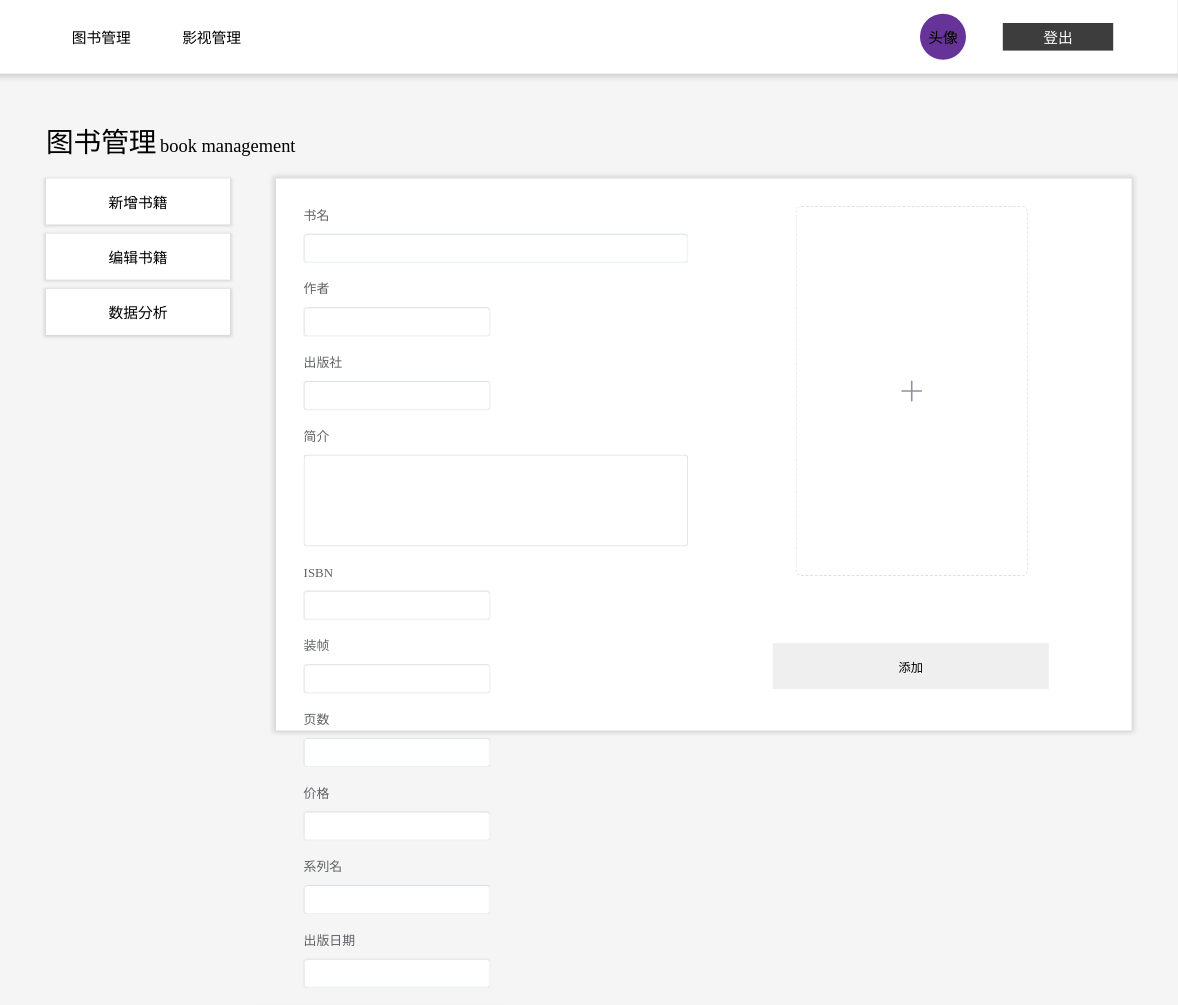
Repository: quanwangniuniu/Oasis-Reading-Platform
Page: /#/admin/books (app in Vue-frontend/)
An editor plug-in stored every save of this project. The page is shown before and after the next save, followed by the edit.
The browser window is 1280 px wide. The pictures show the whole page, at 92% of full size.
Some web fonts or font styles are not loaded; a fallback is used. The project was rebuilt for these pictures with package versions that can differ from the ones it lists, and the page was loaded fresh each time. Also part of the build but not shown: Vue-frontend/vite.config.js, Vue-frontend/src/components/user/books/BookCard.vue, Vue-frontend/src/components/axios/config.js, Vue-frontend/src/components/axios/api.js, Vue-frontend/src/components/user/books/Books.vue, Vue-frontend/src/components/user/movies/Favourites.vue, Vue-frontend/src/components/user/explore/Explore.vue, Vue-frontend/src/components/user/login/Login.vue and 9 more.

Above is the page before, as saved 2023-04-13 23:25:19.

### Vue-frontend/index.html
<!DOCTYPE html>
<html lang="en">
  <head>
    <meta charset="UTF-8">
    <meta name="viewport" content="width=device-width, initial-scale=1.0">
    <title>Vite App</title>
    <style>
      *{
        padding: 0px;
        margin: 0px;
      }

      body{
        background-color: rgb(245, 245, 245);
      }
    </style>
  </head>
  <body>
    <div id="app"></div>
    <script type="module" src="/src/main.js"></script>
  </body>
</html>

### Vue-frontend/src/main.js
import { createApp } from 'vue'
import ElementPlus from 'element-plus'
import 'element-plus/dist/index.css'
import App from './App.vue'
import router from './components/router/router'
import * as ElementPlusIconsVue from '@element-plus/icons-vue'
import './assets/font/font.css'
import './assets/css/element.css'

const app = createApp(App)
app.use(router)
app.use(ElementPlus)
app.mount('#app')
for (const [key, component] of Object.entries(ElementPlusIconsVue)) {
    app.component(key, component)
  }

### Vue-frontend/src/App.vue
<script setup>
import Test from './components/Test.vue';
</script>

<template>
  <div>
    <router-view></router-view>
  </div>
</template>

<style scoped>
</style>

### Vue-frontend/src/components/router/router.js
import {createRouter, createWebHashHistory} from 'vue-router'
import Books from '../user/books/Books.vue'
import Movies from '../user/movies/Favourites.vue'
import Explore from '../user/explore/Explore.vue'
import Login from '../user/login/Login.vue'
import SpecificBook from '../user/books/SpecificBook.vue'
import User from '../User.vue'
import Admin from '../Admin.vue'
import UserInfo from '../user/info/UserInfo.vue'
import BookSearch from '../user/books/BookSearch.vue'
import Transit from '../user/books/Transit.vue'
import BookManagement from '../admin/bookManagement/BookManagement.vue'
import MovieManagement from '../admin/movieManagement/MovieManagement.vue'

import {checkUser} from './utils.js'

const router = createRouter({
    history: createWebHashHistory(),
    routes:[
        {path:'/user', component: User, alias:['/'], children:[
            {path:'books', component: Books},
            {path:'search',name:'search', component: BookSearch},
            {path:'transit',name:'transit', component: Transit},
            {path:'books/:id', component: SpecificBook,beforeEnter: checkUser},
            {path:'movies', component: Movies},
            {path:'explore', component: Explore},
            {path:'login', component: Login},
            {path:'info', component: UserInfo, beforeEnter: checkUser},
        ]},
        {path:'/admin', component: Admin,children:[
            {path:'books', component: BookManagement},
            {path:'movies', component: MovieManagement}
        ]}
    ]
})

export default router

### Vue-frontend/src/assets/font/font.css

  @font-face {
    font-family: siyuansongti;
    src: url(./Source_Han_Serif_SC_Light_Light.otf);
    font-weight: normal;
    font-style: normal;
  }

### Vue-frontend/src/assets/css/element.css
.el-textarea__inner{
    resize: none;
    height: 100px;
}


.el-upload{
    height:400px;
    width:250px;
  }

### Vue-frontend/src/components/Test.vue
<template>
  <el-upload
    class="avatar-uploader"
    action="http://127.0.0.1:5000/uploadCover"
    :show-file-list="false"
    :on-success="handleAvatarSuccess"
    :before-upload="beforeAvatarUpload"
  >
    <img v-if="imageUrl" :src="imageUrl" class="avatar" />
    <el-icon v-else class="avatar-uploader-icon"><Plus /></el-icon>
  </el-upload>

  <img src="http://127.0.0.1:5000/images/1681397591940.jpg">
</template>

<script lang="ts" setup>
import { ref } from 'vue'
import { ElMessage } from 'element-plus'
import { Plus } from '@element-plus/icons-vue'

import type { UploadProps } from 'element-plus'

const imageUrl = ref('')

const handleAvatarSuccess: UploadProps['onSuccess'] = (
  response,
  uploadFile
) => {
  console.log(response)
  imageUrl.value = URL.createObjectURL(uploadFile.raw!)
}

const beforeAvatarUpload: UploadProps['beforeUpload'] = (rawFile) => {
  if (rawFile.type !== 'image/jpeg') {
    ElMessage.error('Avatar picture must be JPG format!')
    return false
  } else if (rawFile.size / 1024 / 1024 > 2) {
    ElMessage.error('Avatar picture size can not exceed 2MB!')
    return false
  }
  return true
}

</script>

<style scoped>
.avatar-uploader .avatar {
  width: 178px;
  height: 178px;
  display: block;
}
</style>

<style>
.avatar-uploader .el-upload {
  border: 1px dashed var(--el-border-color);
  border-radius: 6px;
  cursor: pointer;
  position: relative;
  overflow: hidden;
  transition: var(--el-transition-duration-fast);
}

.avatar-uploader .el-upload:hover {
  border-color: var(--el-color-primary);
}

.el-icon.avatar-uploader-icon {
  font-size: 28px;
  color: #8c939d;
  width: 178px;
  height: 178px;
  text-align: center;
}

img{
  height: 200px;
  width:200px;
}
</style>

### Vue-frontend/src/components/Admin.vue
<script setup>
import BookManagementVue from './admin/bookManagement/BookManagement.vue';
import AdminHeader from './admin/header/AdminHeader.vue';
</script>

<template>
    <AdminHeader></AdminHeader>
    <router-view></router-view>
</template>

<style scoped>
</style>

### Vue-frontend/src/components/admin/bookManagement/BookManagement.vue
<script setup lang="ts">
import LeftBar from './LeftBar.vue';
import {ref, reactive} from 'vue'
import { ElMessage } from 'element-plus'
import { Plus } from '@element-plus/icons-vue'
import type { UploadProps } from 'element-plus'

const bookItem = reactive({
  title: '',
  author: '',
  publisher: '',
  ISBN: '',
  description: '',
  publish_year: '',
  page:'',
  binding: '',
  price:'',
  seriers:' ',
  url:''
})

const imageUrl = ref('')

const handleAvatarSuccess: UploadProps['onSuccess'] = (
  response,
  uploadFile
) => {
  bookItem.url = response.url
  console.log(bookItem)
  imageUrl.value = URL.createObjectURL(uploadFile.raw!)
}

const beforeAvatarUpload: UploadProps['beforeUpload'] = (rawFile) => {
  if (rawFile.type !== 'image/jpeg') {
    ElMessage.error('Avatar picture must be JPG format!')
    return false
  } else if (rawFile.size / 1024 / 1024 > 2) {
    ElMessage.error('Avatar picture size can not exceed 2MB!')
    return false
  }
  return true
}

</script>

<template>
  <div class="top-container">
    <div class="title">
      <span>图书管理</span>&nbsp;<span>book management</span>
    </div>
  </div>
  <div class="container">
      <LeftBar></LeftBar>
      <div class="panel">
        <div class="book-form">
          <el-form
            label-position="top"
            label-width="100px"
            :model="bookItem"
            style="max-width: 460px"
            :inline="true"
          >
            <el-form-item label="书名" style="width:420px">
              <el-input v-model="bookItem.title" />
            </el-form-item>
            <el-form-item label="作者">
              <el-input v-model="bookItem.author" />
            </el-form-item>
            <el-form-item label="出版社">
              <el-input v-model="bookItem.publisher" />
            </el-form-item>
            <el-form-item label="简介" style="width:420px">
                <el-input v-model="bookItem.description" type="textarea"/>
            </el-form-item>
            <el-form-item label="ISBN">
              <el-input v-model="bookItem.ISBN" />
            </el-form-item>
            <el-form-item label="装帧">
              <el-input v-model="bookItem.binding" />
            </el-form-item>
            <el-form-item label="页数">
              <el-input v-model="bookItem.page" />
            </el-form-item>
            <el-form-item label="价格">
              <el-input v-model="bookItem.price" />
            </el-form-item>
            <el-form-item label="系列名">
              <el-input v-model="bookItem.price" />
            </el-form-item>
            <el-form-item label="出版日期">
              <el-input v-model="bookItem.price" />
            </el-form-item>
          </el-form>
        </div>

        <div class="img-upload-and-submit">
          <div class="img-container">
            <div class="img-upload">
              <el-upload
                class="avatar-uploader"
                action="http://127.0.0.1:5000/uploadCover"
                :show-file-list="false"
                :on-success="handleAvatarSuccess"
                :before-upload="beforeAvatarUpload"
              >
                <img v-if="imageUrl" :src="imageUrl" class="avatar" />
                <el-icon v-else class="avatar-uploader-icon"><Plus /></el-icon>
              </el-upload>
            </div>
          </div>
          <div class="submit">
            <button>添加</button>
          </div>
        </div>
      </div>
  </div>

</template>

<style scoped>
.top-container{
  margin: 50px 50px 0px 50px;
  display: flex;
  justify-content: space-between;
}

.title{
  width: 400px;
  font-family: siyuansongti;
}
.container{
  display: flex;
  margin: 20px 50px 0px 50px
}

.title span:nth-child(1){
  font-size: 30px;
}
.title span:nth-child(2){
  font-size: 20px;
}

.panel{
  box-sizing: border-box;
  flex: 1;
  height: 600px;
  background-color: white;
  box-shadow: 0 0 5px 3px rgb(214, 214, 214);
  padding: 30px;
  display: flex;
}

.book-form{
  width: 450px;
}

.img-upload-and-submit{
  flex: 1;
  /* background-color: rgb(249, 203, 203); */
}

.img-container{
  width: 100%;
  height: 450px;
  /* background-color: rgb(120, 120, 241, 0.1); */
}

.img-upload{
  width: 250px;
  height: 400px;
  /* background-color: red; */
  margin: 0 auto;
}
.avatar{
  width: 250px;
  height: 400px;
}
.submit{
  height: 100px;
  width: 100%;
  display: flex;
  align-items: center;
  justify-content: center;
  /* background-color: green; */
}

.submit button{
  width: 300px;
  height: 50px;
  border: none;
}
</style>

### Vue-frontend/src/components/router/utils.js
export const checkUser = (from, to, next) => {
    if(localStorage.getItem('token') === null){
        next('/login')
    }else{
        next()
    }
}

### Vue-frontend/src/components/admin/header/AdminHeader.vue
<script setup>

let logout = () =>{
    localStorage.clear('token')
    localStorage.clear('type')
}

</script>

<template>
    <div>
        <div class="container">
            <div class="left">
                <div class="nav"><router-link to="/admin/books">图书管理</router-link></div>
                <div class="nav"><router-link to="/admin/movies">影视管理</router-link></div>
            </div>

            <div class="right">
                <div class="nav avata"><router-link to="/info">头像</router-link></div>
                <div class="nav login"><router-link to="/explore" @click="logout">登出</router-link></div>
            </div>

        </div>
    </div>

</template>

<style scoped>
.container{
    height: 80px;
    background-color: white;
    /* 边框模糊效果 */
    box-shadow: 0 0 5px 5px rgb(214, 214, 214);
    /* 开启flex布局 */
    display: flex;
    /* 设置元素靠右排列 */
    justify-content: space-between;
    /* 设置元素垂直居中 */
    align-items: center;
}

.left{
    display: flex;
    /* 设置元素垂直居中 */
    align-items: center;
    padding-left: 50px;
}

.right{
    display: flex;
    /* 设置元素垂直居中 */
    align-items: center;
    padding-right: 50px;
}

.nav{
    width: 80px;
    height: 30px;
    margin-left: 20px;
    margin-right: 20px;
    /* 设置nav内部a标签水平居中 */
    text-align: center;
    /* 开启flex局部 */
    display: flex;
    /* 设置nav内部a标签垂直居中 */
    align-items: center;
}

.nav a{
    width: 80px;
    /* 清除a标签默认样式 */
    text-decoration: none;
    color: black;

}

.login{
    width: 120px;
    background-color: rgb(61, 61, 61);
}

.login a{
    width: 1200px;
    color: white;
}

.avata{
    width: 50px;
    height: 50px;
    border-radius: 50%;
    background-color: rebeccapurple;
}


</style>

### Vue-frontend/src/components/admin/bookManagement/LeftBar.vue
<script setup>

</script>

<template>
    <div class="leftbar-container">
        <div class="card">
            新增书籍
        </div>
        <div class="card">
            编辑书籍
        </div>
        <div class="card">
            数据分析
        </div>
    </div>

</template>

<style scoped>
.leftbar-container{
    width: 250px;
    height: 600px;
}

.card{
    width: 200px;
    height: 50px;
    background: white;
    /* 设置卡片阴影 */
    box-shadow: 0px 1px 3px 2px rgb(214, 214, 214);
    /* 开启flex布局 文字水平垂直居中 */
    display: flex;
    justify-content: center;
    align-items:center;
    margin-bottom: 10px;
}

.card:hover{
    transform:scale(1.1);
}
</style>

After the next save:
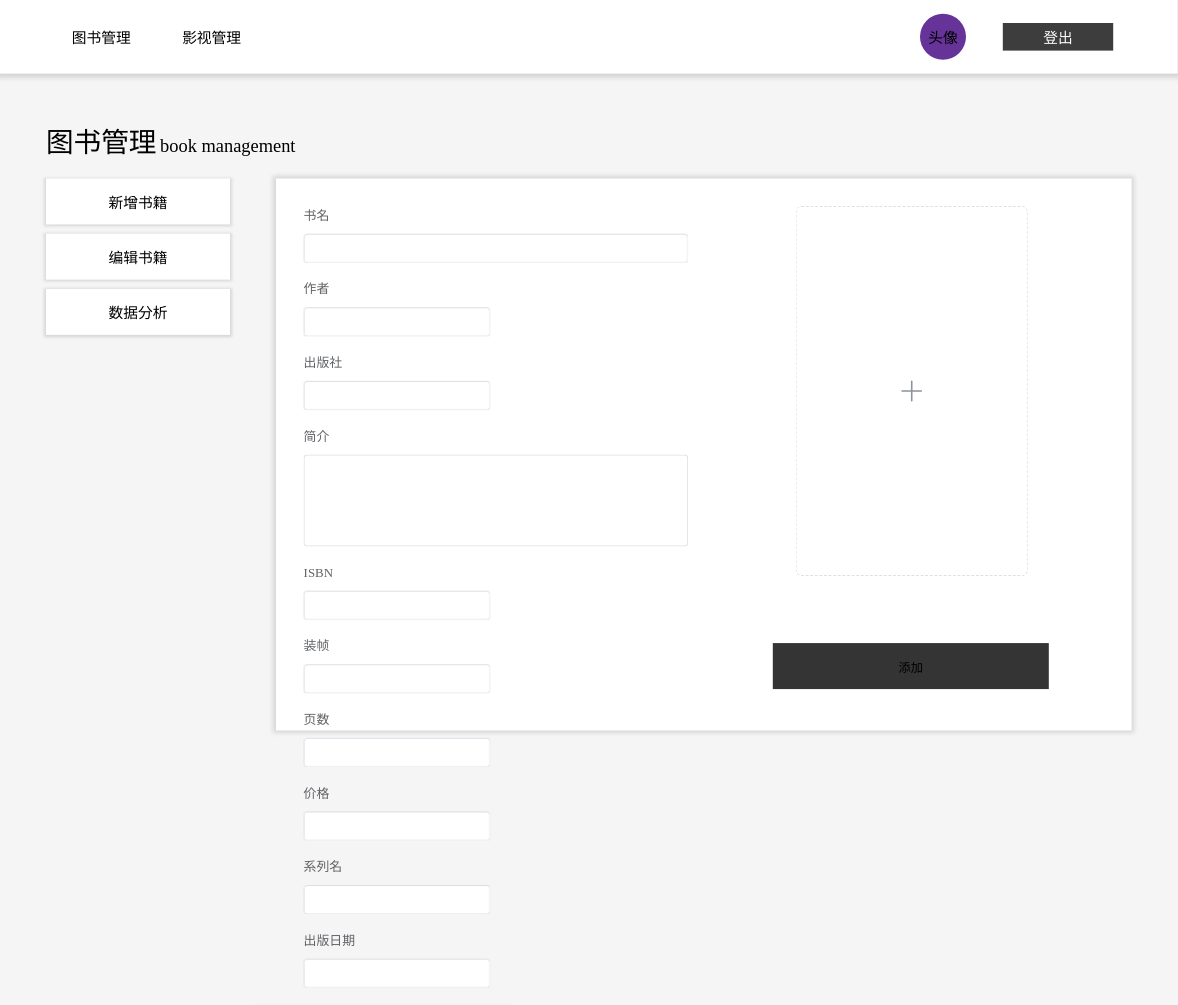
Saved 16 s later.
--- a/Vue-frontend/src/components/admin/bookManagement/BookManagement.vue
+++ b/Vue-frontend/src/components/admin/bookManagement/BookManagement.vue
@@ -188,5 +188,6 @@ const beforeAvatarUpload: UploadProps['beforeUpload'] = (rawFile) => {
   width: 300px;
   height: 50px;
   border: none;
+  background-color: rgb(52, 52, 52);
 }
 </style>
